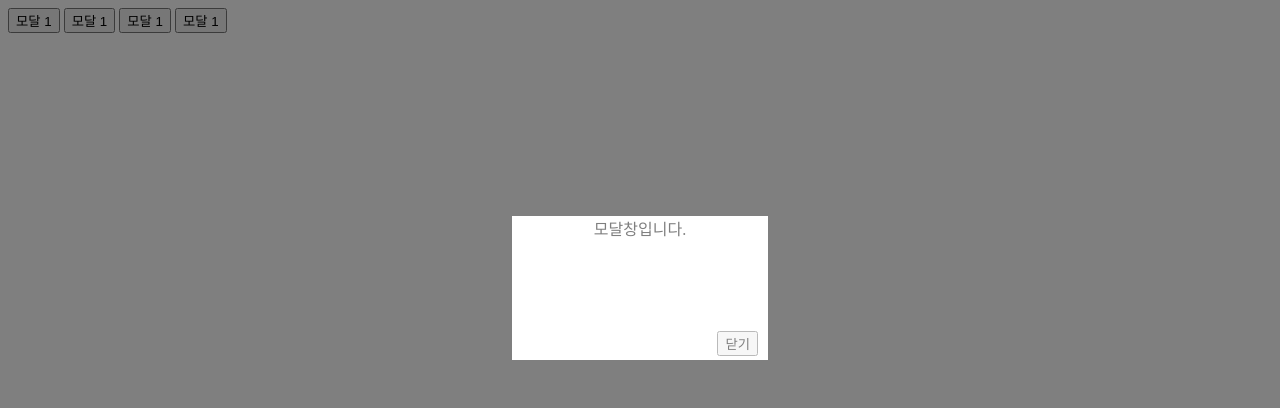
Repository: leetaehyeon123/SpringBaseSources
Page: http://localhost/modal/
An editor plug-in stored every save of this project. The page is shown before and after the next save, followed by the edit.
The browser window is 1280 px wide. The pictures show the whole page.
The page is served by Tomcat 9. Other server files are loaded and not shown.

Above is the page before, as saved 2020-09-01 02:31:40.

### 모달창 소스코드/modal/modal/src/main/webapp/WEB-INF/views/modal.jsp
<%@ page language="java" contentType="text/html; charset=UTF-8"
    pageEncoding="UTF-8"%>
<!DOCTYPE html>
<html>
<head>
<meta charset="UTF-8">
<title>Insert title here</title>
<script type="text/javascript">
function mo1(){

}
function c1(){

}

</script>
</head>
<body>


<input type="button" value="모달 1" onclick="mo1()">
<input type="button" value="모달 1" onclick="modal1()">
<input type="button" value="모달 1" onclick="modal1()">
<input type="button" value="모달 1" onclick="modal1()">




	<div class="modal1,modal"  style="width: 100% ; height: 100vh ; background-color: black; position: fixed; left: 0px; top:0px; opacity: 0.5;">
		<div class="modal1Div" style="width: 20%; height: 20vh; background-color: white; margin: 30vh auto; ">
				<div	 style="height: 80%; width: 100%; text-align: center;">
							<p>모달창입니다.</p>
				</div>
				<div 	style="width: 100%; text-align: right; ">
						<input type="button" value="닫기" style="margin-right: 10px;">
				</div>
		</div>


	</div>
</body>
</html>

After the next save:
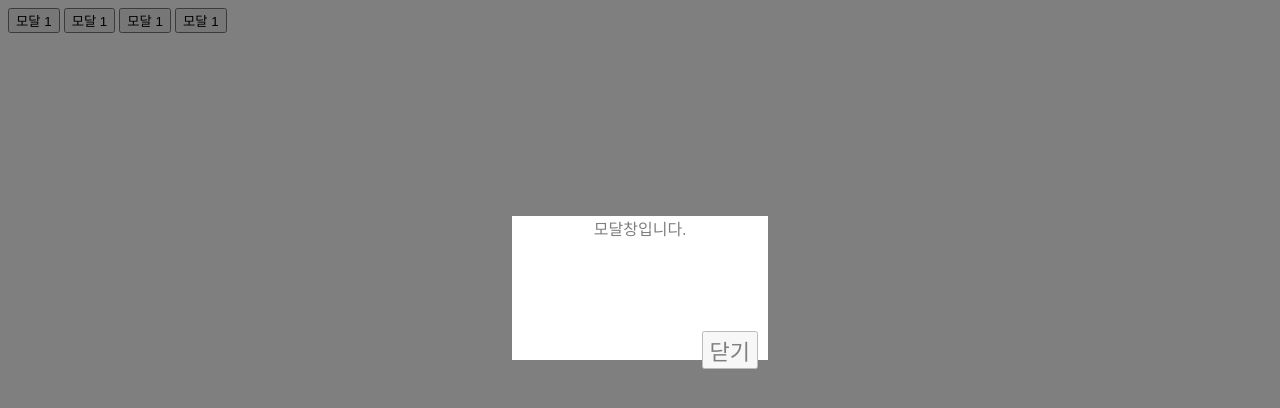
Saved 18 s later.
--- a/모달창 소스코드/modal/modal/src/main/webapp/WEB-INF/views/modal.jsp
+++ b/모달창 소스코드/modal/modal/src/main/webapp/WEB-INF/views/modal.jsp
@@ -32,7 +32,7 @@ function c1(){
 							<p>모달창입니다.</p>
 				</div>
 				<div 	style="width: 100%; text-align: right; ">
-						<input type="button" value="닫기" style="margin-right: 10px;">
+						<input type="button" value="닫기" style="margin-right: 10px; font-size: 22px;">
 				</div>
 		</div>
 
